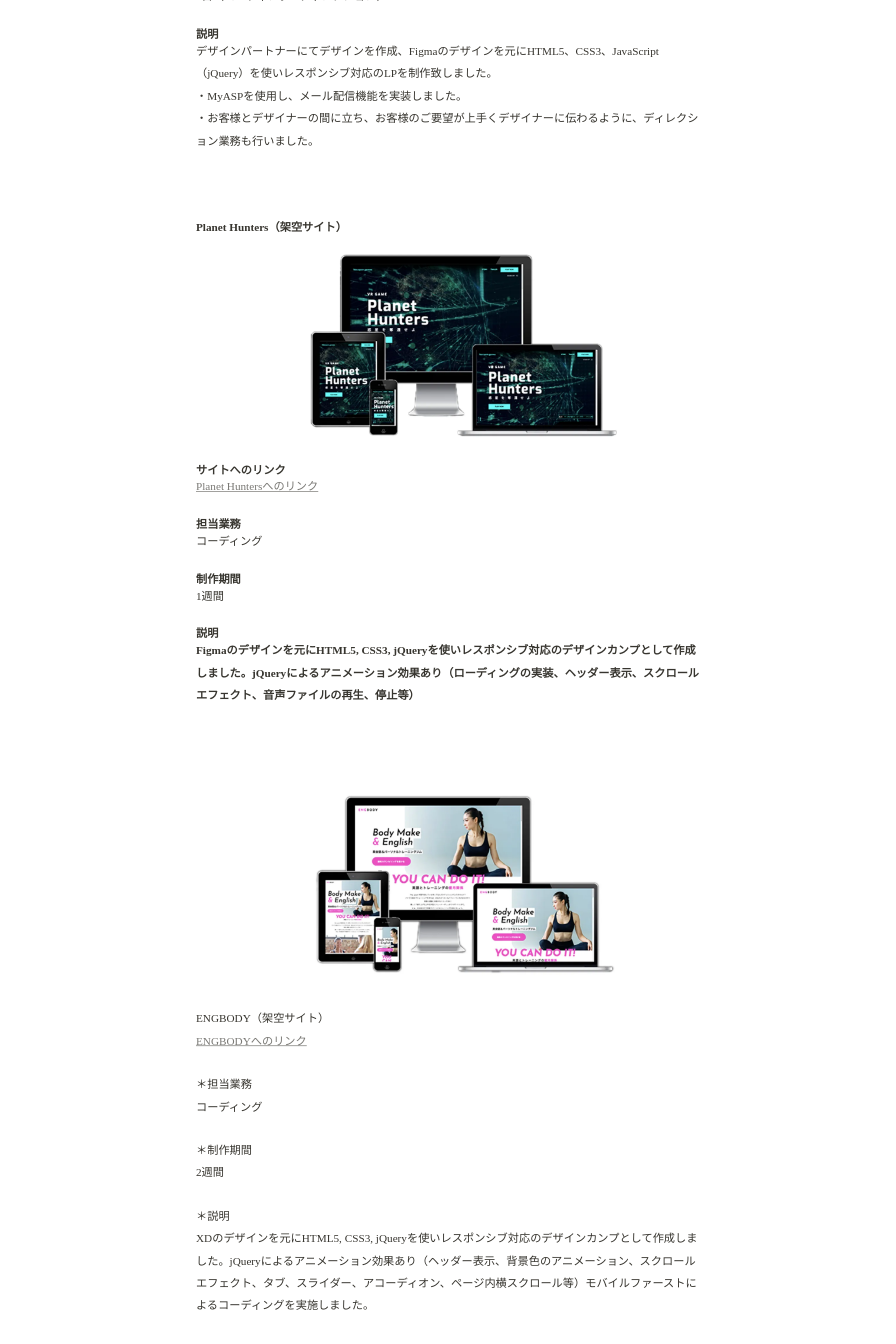
Repository: tetishi/my-portfolio
Page: index.html
An editor plug-in stored every save of this project. The page is shown before and after the next save, followed by the edit.
The browser window is 1280 px wide. The pictures show the part of the page from y = 3628 to 5548 px (the page is 11547 px tall), at 70% of full size.
The style sheet was rebuilt from its Sass, Less or Tailwind sources for each picture, by a compiler version that may differ from the author's.

Above is the page before, as saved 2024-05-19 15:51:19.

### index.html
<!DOCTYPE html>
<html lang="ja">

<head>
    <meta name="robots" content="noindex">
    <meta charset="UTF-8">
    <meta name="viewport" content="width=device-width, initial-scale=1.0">
    <meta http-equiv="X-UA-Compatible" content="ie=edge">
    <meta property="og:title" content="石田哲朗のポートフォリオ" />
    <meta property="og:type" content="website" />
    <meta property="og:url" content="http://tetsuroishida.com/" />
    <meta property="og:image" content="#" />
    <meta property="og:site_name" content="ポートフォリオ" />
    <meta property="og:description" content="石田哲朗のポートフォリオです。過去の作品、スキル、使用ツール、自己紹介を掲載しております。" />
    <title>石田哲朗のポートフォリオ</title>
    <link rel="stylesheet" href="reset.css">
    <link rel="stylesheet" href="style.css">
    <link rel="icon" href="img/favicon.ico">
</head>

<body>
    <header class="header">
        <div class="header-inner">
            <h1 class="logo">
                <a href="/">
                    <img class="logo_img" src="img/favicon.png" alt="">
                </a>
            </h1>
            <nav class="header-nav">
                <ul class="header-ul">
                    <li class="header-li">
                        <a href="#">過去の作品</a>
                    </li>
                    <li class="header-li">
                        <a href="#">スキル</a>
                    </li>
                    <li class="header-li">
                        <a href="#">使用ツール</a>
                    </li>
                    <li class="header-li">
                        <a href="#">私について</a>
                    </li>
                </ul>
            </nav>
            <button class="mobile-menu_btn">
                <span></span>
                <span></span>
                <span></span>
            </button>
            <div class="mobile-header">
                <nav class="mobile-header_nav">
                    <ul class="mobile-header_ul">
                        <li class="mobile-header_li">
                            <a href="#">過去の作品</a>
                        </li>
                        <li class="mobile-header_li">
                            <a href="#">スキル</a>
                        </li>
                        <li class="mobile-header_li">
                            <a href="#">使用ツール</a>
                        </li>
                        <li class="mobile-header_li">
                            <a href="#">私について</a>
                        </li>
                    </ul>
                </nav>
            </div>
        </div>
    </header>

    <main>

        <section>
            <!-- ここ記入 -->
            <h1>ポートフォリオ<br class="d-none">（石田 哲朗）</h1>
            <p>お忙しい中 ご覧頂きありがとうございます。</p>
            <p>以下、過去の作品でございます。</p>
            <!-- ここ記入 -->
            <!-- <p>ベーシック認証がかかっているものは<br>ID aaa<br>パスワード aaa<br> です。</p> -->
        </section>
        <section>

            <h2>過去の作品</h2>
            <h3 class="sub-tit">LP作成</h3>

            <!-- １作品目 -->
            <div class="work">
                <!-- ここ記入 -->
                <h3 class="work_tit">UNIVERSAL HOLDINGS様／山中湖オリオン</h3>

                <!-- サイトのイメージ写真を入れます -->
                <a class="work_img-link" target="_blank" href="https://orion.universalholdings.jp/">
                    <picture>
                        <source srcset="img/universal-holdings@2x.webp" type="image/webp">
                        <img src="img/universal-holdings@2x.png">
                    </picture>
                </a>
                <p>
                    UNIVERSAL HOLDINGS様の貸別荘ビジネス「山中湖オリオン」についてのLP（ランディングページ）を制作致しました。<br>
                    「山中湖オリオン」は優れた強固な構造が特徴で、長期の運用が可能なフィンランドログを使用した貸別荘です。<br>
                </p>
                <h3 class="details">サイトへのリンク</h3>
                <!-- ここ記入 -->
                <p class="work_link"><a target="_blank" rel="noopener noreferrer" href="https://orion.universalholdings.jp/">UNIVERSAL HOLDINGS様／山中湖オリオンのLPへのリンク</a></p>
                <p class="work_link"><a target="_blank" rel="noopener noreferrer" href="https://orion-salon.universalholdings.jp/">UNIVERSAL HOLDINGS様／山中湖オリオン ABテスト用LPへのリンク</a></p>

                <h3 class="details">担当業務</h3>
                <p>コーディング / WordPress</p>
                <h3 class="details">サイトの目的</h3>
                <p>共同事業パートナーの募集 / 事業の認知</p>
                <h3 class="details">制作期間</h3>
                <!-- ここ記入 -->
                <p>約5日（コーディング / WordPress）</p>
                <h3 class="details">説明</h3>
                <!-- ここ記入 -->
                <p>
                    UNIVERSAL HOLDINGS様の貸別荘ビジネス「山中湖オリオン」についてのLP（ランディングページ）を制作致しました。<br>
                    「山中湖オリオン」は優れた強固な構造が特徴で、長期の運用が可能なフィンランドログを使用した貸別荘です。<br>
                    デザインパートナーにてデザインを作成、Photoshopのデザインを元にHTML5, CSS3, JavaScript(jQuery)を使用しLPをコーディング、WordPress化致しました。<br>
                    ・ユーザーにとってクリックしやすくなるように、ボタンは光るようにコーディングしております。<br>
                    ・ABテスト用に一部異なるデザインのLPも制作致しました。
                </p>
            </div>


            <!-- 2作品目 -->
            <div class="work">
                <!-- ここ記入 -->
                <h3 class="work_tit">合同会社シュアーズ様／AIオートメーションシステムのLP</h3>

                <!-- サイトのイメージ写真を入れます -->
                <a class="work_img-link" target="_blank" href="https://sedori-go.com/automation-b/">
                    <picture>
                        <source srcset="img/automation-b@2x.webp" type="image/webp">
                        <img src="img/automation-b@2x.png">
                    </picture>
                </a>
                <!-- ここ記入 -->
                <p>
                    合同会社シュアーズ様のAIオートメーションシステムについてのLP（ランディングページ）を制作致しました。<br>
                    平凡なサラリーマンがネット販売で独立を叶え、起業初年度に「1億円」を叶えた特効薬（秘密）を初公開しております。
                </p>

                <h3 class="details">サイトへのリンク</h3>
                <p class="work_link"><a target="_blank" rel="noopener noreferrer" href="https://sedori-go.com/automation-b/">AIオートメーションシステムのLPへのリンク</a></p>

                <h3 class="details">担当業務</h3>
                <p>コーディング / ディレクション</p>

                <h3 class="details">サイトの目的</h3>
                <p>サービスの認知 / 新規クライアントの獲得</p>

                <h3 class="details">制作期間</h3>
                <!-- ここ記入 -->
                <p>5日（コーディング / ディレクション）</p>

                <h3 class="details">説明</h3>
                <!-- ここ記入 -->
                <p>デザインパートナーにてデザインを作成、Figmaのデザインを元にHTML5、CSS3、JavaScript（jQuery）を使いレスポンシブ対応のLPを制作致しました。<br>
                    ・MyASPを使用し、メール配信機能を実装しました。<br>
                    ・お客様とデザイナーの間に立ち、お客様のご要望が上手くデザイナーに伝わるように、ディレクション業務も行いました。
                </p>
            </div>

            <!-- 3作品目 -->
            <div class="work">
                <h3 class="work_tit">合同会社シュアーズ様／AIオートメーションのLP</h3>

                <!-- サイトのイメージ写真を入れます -->
                <a class="work_img-link" target="_blank" href="https://sedori-go.com/automationlp/">
                    <picture>
                        <source srcset="img/automation-a@2x.webp" type="image/webp">
                        <img src="img/automation-a@2x.png">
                    </picture>
                </a>
                <!-- ここ記入 -->
                <p>
                    合同会社シュアーズ様のAIオートメーションシステムについてのLP（ランディングページ）を制作致しました。<br>
                    自分でリサーチしない、勝手に利益商品をみつけてくれるAIオートメーションシステムです。
                </p>

                <h3 class="details">サイトへのリンク</h3>
                <p class="work_link"><a target="_blank" rel="noopener noreferrer" href="https://sedori-go.com/automationlp/">AIオートメーションのLPへのリンク</a></p>

                <h3 class="details">担当業務</h3>
                <p>コーディング / ディレクション</p>

                <h3 class="details">サイトの目的</h3>
                <p>サービスの認知 / 新規クライアントの獲得</p>

                <h3 class="details">制作期間</h3>
                <!-- ここ記入 -->
                <!-- <p>11日（6日デザイン、5日コーディング）</p> -->
                <p>5日（コーディング / ディレクション）</p>

                <h3 class="details">説明</h3>
                <!-- ここ記入 -->
                <p>デザインパートナーにてデザインを作成、Figmaのデザインを元にHTML5、CSS3、JavaScript（jQuery）を使いレスポンシブ対応のLPを制作致しました。<br>
                    ・MyASPを使用し、メール配信機能を実装しました。<br>
                    ・お客様とデザイナーの間に立ち、お客様のご要望が上手くデザイナーに伝わるように、ディレクション業務も行いました。
                </p>
            </div>

            <!-- 4作品目 -->
            <div class="work">
                <!-- ここ記入 -->
                <h3 class="work_tit">Planet Hunters（架空サイト）</h3>

                <!-- サイトのイメージ写真を入れます -->
                <a class="work_img-link" target="_blank" href="https://tetishi.github.io/planet-hunters/">
                    <picture>
                        <source srcset="img/planet-hunters@2x.webp" type="image/webp">
                        <img src="img/planet-hunters@2x.png">
                    </picture>
                </a>
                <!-- ここ記入 -->
                <h3 class="details">サイトへのリンク</h3>
                <p class="work_link"><a target="_blank" rel="noopener noreferrer" href="https://tetishi.github.io/planet-hunters/">Planet Huntersへのリンク</a></p>

                <h3 class="details">担当業務</h3>
                <p>コーディング</p>

                <h3 class="details">制作期間</h3>
                <!-- ここ記入 -->
                <p>1週間</p>

                <h3 class="details">説明</p>
                <!-- ここ記入 -->
                <p>Figmaのデザインを元にHTML5, CSS3, jQueryを使いレスポンシブ対応のデザインカンプとして作成しました。jQueryによるアニメーション効果あり（ローディングの実装、ヘッダー表示、スクロールエフェクト、音声ファイルの再生、停止等）</p>
            </div>

            <!-- 5作品目 -->
            <div class="work">
                <!-- サイトのイメージ写真を入れます -->
                <picture>
                    <source srcset="img/engbody@2x.webp" type="image/webp">
                    <img src="img/engbody@2x.png">
                </picture>
                <!-- ここ記入 -->
                <p class="work_tit">ENGBODY（架空サイト）</p>
                <!-- ここ記入 -->
                <p class="work_link"><a target="_blank" rel="noopener noreferrer" href="https://tetishi.github.io/engbody/">ENGBODYへのリンク</a></p>
                <p class="details">＊担当業務</p>
                <p>コーディング</p>
                <p class="details">＊制作期間</p>
                <!-- ここ記入 -->
                <p>2週間</p>
                <p class="details">＊説明</p>
                <!-- ここ記入 -->
                <p>XDのデザインを元にHTML5, CSS3, jQueryを使いレスポンシブ対応のデザインカンプとして作成しました。jQueryによるアニメーション効果あり（ヘッダー表示、背景色のアニメーション、スクロールエフェクト、タブ、スライダー、アコーディオン、ページ内横スクロール等）モバイルファーストによるコーディングを実施しました。</p>
            </div>

            <!-- 　6作品目 -->
            <div class="work">
                <!-- サイトのイメージ写真を入れます -->
                <picture>
                    <source srcset="img/cresta-design@2x.webp" type="image/webp">
                    <img src="img/cresta-design@2x.png">
                </picture>
                <!-- ここ記入 -->
                <p class="work_tit">Cresta Design（架空サイト）</p>
                <!-- ここ記入 -->
                <p class="work_link"><a target="_blank" rel="noopener noreferrer" href="https://tetishi.github.io/cresta-design/">Cresta Designへのリンク</a></p>
                <p class="details">＊担当業務</p>
                <p>コーディング</p>
                <p class="details">＊制作期間</p>
                <!-- ここ記入 -->
                <p>2週間</p>
                <p class="details">＊説明</p>
                <!-- ここ記入 -->
                <p>XDのデザインを元にHTML5, CSS3, jQueryを使いレスポンシブ対応のデザインカンプとして作成しました。jQueryによるアニメーション効果あり（ハンバーガーメニュー、ページ内スクロールボタン）</p>
            </div>

            <!-- 　7作品目 -->
            <div class="work">
                <!-- サイトのイメージ写真を入れます -->
                <picture>
                    <source srcset="img/wdc@2x.webp" type="image/webp">
                    <img src="img/wdc@2x.png">
                </picture>
                <!-- ここ記入 -->
                <p class="work_tit">WDC（架空サイト）</p>
                <!-- ここ記入 -->
                <p class="work_link"><a target="_blank" rel="noopener noreferrer" href="https://tetishi.github.io/wdc/">WDCへのリンク</a></p>
                <p class="details">＊担当業務</p>
                <p>コーディング</p>
                <p class="details">＊制作期間</p>
                <!-- ここ記入 -->
                <p>2週間</p>
                <p class="details">＊説明</p>
                <!-- ここ記入 -->
                <p>XDのデザインを元にHTML5, CSS3, jQueryを使いレスポンシブ対応のデザインカンプとして作成しました。jQueryによるアニメーション効果あり（ページ内スクロールボタン、トップに戻るボタン）</p>
            </div>

            <!-- 　8作品目 -->
            <div class="work">
                <!-- サイトのイメージ写真を入れます -->
                <picture>
                    <source srcset="img/munchkin@2x.webp" type="image/webp">
                    <img src="img/munchkin@2x.png">
                </picture>
                <!-- ここ記入 -->
                <p class="work_tit">MUNCHKIN（架空サイト）</p>
                <!-- ここ記入 -->
                <p class="work_link"><a target="_blank" rel="noopener noreferrer" href="https://tetishi.github.io/munchkin2/">MUNCHKINへのリンク</a></p>
                <p class="details">＊担当業務</p>
                <p>コーディング</p>
                <p class="details">＊制作期間</p>
                <!-- ここ記入 -->
                <p>1週間</p>
                <p class="details">＊説明</p>
                <!-- ここ記入 -->
                <p>XDのデザインを元にHTML5, CSS3, jQueryを使いレスポンシブ対応のデザインカンプとして作成しました。jQueryによるアニメーション効果あり（ハンバーガーメニュー、スクロールボタン）</p>
            </div>


            <h3 class="sub-tit">コーポレイトサイト作成</h3>
            <!-- 　1作品目 -->
            <div class="work">
                <!-- サイトのイメージ写真を入れます -->
                <picture>
                    <source srcset="img/pon-design@2x.webp" type="image/webp">
                    <img src="img/pon-design@2x.png">
                </picture>
                <!-- ここ記入 -->
                <p class="work_tit">PON DESIGN（架空サイト）</p>
                <!-- ここ記入 -->
                <p class="work_link"><a target="_blank" rel="noopener noreferrer" href="https://tetishi.github.io/pon-design/">PON DESIGNへのリンク</a></p>
                <p class="details">＊担当業務</p>
                <p>コーディング</p>
                <p class="details">＊制作期間</p>
                <!-- ここ記入 -->
                <p>約18日</p>
                <p class="details">＊説明</p>
                <!-- ここ記入 -->
                <p>XDのデザインを元にHTML5, CSS3, jQueryを使いレスポンシブ対応のデザインカンプとして作成しました。jQueryによるアニメーション効果あり（ハンバーガーメニュー、スライダー等）</p>
            </div>


            <!-- 　2作品目 -->
            <div class="work">
                <!-- サイトのイメージ写真を入れます -->
                <picture>
                    <source srcset="img/start@2x.webp" type="image/webp">
                    <img src="img/start@2x.png">
                </picture>
                <!-- ここ記入 -->
                <p class="work_tit">START（架空サイト）</p>
                <!-- ここ記入 -->
                <p class="work_link"><a target="_blank" rel="noopener noreferrer" href="https://tetishi.github.io/">STARTへのリンク</a></p>
                <p class="details">＊担当業務</p>
                <p>コーディング</p>
                <p class="details">＊制作期間</p>
                <!-- ここ記入 -->
                <p>1週間</p>
                <p class="details">＊説明</p>
                <!-- ここ記入 -->
                <p>XDのデザインを元にHTML5, CSS3, jQueryを使いレスポンシブ対応のデザインカンプとして作成しました。jQueryによるアニメーション効果あり（ハンバーガーメニュー）</p>
            </div>

            <!-- <div class="work"> -->
                <!-- サイトのイメージ写真を入れます -->
                <!-- <picture>
                    <source srcset="img/#" type="image/webp">
                    <img src="img/#">
                </picture> -->
                <!-- ここ記入 -->
                <!-- <p class="work_tit">ここに作品のタイトルを入れます</p> -->
                <!-- ここ記入 -->
                <!-- <p class="work_link"><a target="_blank" rel="noopener noreferrer" href="#">ここにリンクを入れます</a></p>
                <p class="details">＊担当業務</p>
                <p>コーディング</p>
                <p class="details">＊制作期間</p> -->
                <!-- ここ記入 -->
                <!-- <p>○週間</p>
                <p class="details">＊説明</p> -->
                <!-- ここ記入 -->
                <!-- <p>ここに説明文を入れます</p>
            </div> -->


        </section>
        <section>
            <h2>スキル</h2>
            <h3 class="info-tit">使用言語</h3>
            <p>HTML / CSS / Sass / Javascript / SEO / PHP</p>
            <h3 class="info-tit">フレ-ムワーク</h3>
            <p>jQuery / WordPress</p>
        </section>
        <section>
            <h2>使用ツール</h2>
            <h3 class="info-tit">エディター</h3>
            <p>Visual Studio Code</p>
            <h3 class="info-tit">テストサーバー</h3>
            <p>シン・クラウド for Free / エックスフリー</p>
            <h3 class="info-tit">バージョン管理ツール</h3>
            <p>GitHub</p>
            <h3 class="info-tit">連絡ツール</h3>
            <p>slack / Chatwork</p>
        </section>
        <section>
            <h2>私について</h2>
            <!-- 自分の写真を入れます -->
            <picture>
                <source srcset="img/myself.webp" type="image/webp">
                <img class="people" src="img/myself.jpeg">
            </picture>
            <!-- <img class="people" src="img/myself.jpeg"> -->
            <h3 class="info-tit">名前</h3>
            <!-- ここ記入 -->
            <p>石田 哲朗</p>
            <h3 class="info-tit">生年月日</h3>
            <!-- ここ記入 -->
            <p>1992年11月12日</p>
            <h3 class="info-tit">出身</h3>
            <!-- ここ記入 -->
            <p>奈良県</p>
            <h3 class="info-tit">経歴</h3>
            <!-- ここ記入 -->
            <ul class="carrier-list">
                <li class="carrier-item">
                    <p class="carrier-year">2015</p>
                    <p class="carrier-content">大阪の大学を経済学部で卒業</p>
                </li>
                <li class="carrier-item">
                    <p class="carrier-year">2015 - 2017</p>
                    <p class="carrier-content">アメリカ、ロサンゼルスの語学学校で英語を学ぶ</p>
                </li>
                <li class="carrier-item">
                    <p class="carrier-year">2017 - 2019</p>
                    <p class="carrier-content">カリフォルニア州オークランドにあるLaney Collegeにてコンピュータプログラミング専攻し卒業</p>
                </li>
                <li class="carrier-item">
                    <p class="carrier-year">2019</p>
                    <p class="carrier-content">フリーランスのWebエンジニアとして活動</p>
                </li>
                <li class="carrier-item">
                    <p class="carrier-year">2019 - 2020</p>
                    <p class="carrier-content">プログラミングスクールにてRuby on Ralisなどを学び実際に業務としてWeb開発を実施</p>
                </li>
                <li class="carrier-item">
                    <p class="carrier-year">2021 ~ 2023</p>
                    <p class="carrier-content">ネットワークエンジニアとして勤務</p>
                </li>
                <li class="carrier-item">
                    <p class="carrier-year">2022 ~ 現在</p>
                    <p class="carrier-content">フリーランスのWebエンジニアとして活動中</p>
                </li>
            </ul>
        </section>



    </main>

    <footer class="footer">
        <div class="footer-copyright">
            <p>
                © 2023 Tetsuro Ishida's portfolio All rights reserved
            </p>
        </div>
    </footer>

</body>

</html>

### reset.css
/*
html5doctor.com Reset Stylesheet
v1.6.1
Last Updated: 2010-09-17
Author: Richard Clark - http://richclarkdesign.com
Twitter: @rich_clark
*/

html,
body,
div,
span,
object,
iframe,
h1,
h2,
h3,
h4,
h5,
h6,
p,
blockquote,
pre,
abbr,
address,
cite,
code,
del,
dfn,
em,
img,
ins,
kbd,
q,
samp,
small,
strong,
sub,
sup,
var,
b,
i,
dl,
dt,
dd,
ol,
ul,
li,
fieldset,
form,
label,
legend,
table,
caption,
tbody,
tfoot,
thead,
tr,
th,
td,
article,
aside,
canvas,
details,
figcaption,
figure,
footer,
header,
hgroup,
menu,
nav,
section,
summary,
time,
mark,
audio,
video {
    margin: 0;
    padding: 0;
    border: 0;
    outline: 0;
    font-size: 100%;
    vertical-align: baseline;
    background: transparent;
}

body {
    line-height: 1;
}

article,
aside,
details,
figcaption,
figure,
footer,
header,
hgroup,
menu,
nav,
section {
    display: block;
}

nav ul {
    list-style: none;
}

blockquote,
q {
    quotes: none;
}

blockquote:before,
blockquote:after,
q:before,
q:after {
    content: '';
    content: none;
}

a {
    margin: 0;
    padding: 0;
    font-size: 100%;
    vertical-align: baseline;
    background: transparent;
}


/* change colours to suit your needs */

ins {
    background-color: #ff9;
    color: #000;
    text-decoration: none;
}


/* change colours to suit your needs */

mark {
    background-color: #ff9;
    color: #000;
    font-style: italic;
    font-weight: bold;
}

del {
    text-decoration: line-through;
}

abbr[title],
dfn[title] {
    border-bottom: 1px dotted;
    cursor: help;
}

table {
    border-collapse: collapse;
    border-spacing: 0;
}


/* change border colour to suit your needs */

hr {
    display: block;
    height: 1px;
    border: 0;
    border-top: 1px solid #cccccc;
    margin: 1em 0;
    padding: 0;
}

input,
select {
    vertical-align: middle;
}


/*end reset css*/

Loaded but not shown: style.scss (210 lines, source omitted)

After the next save:
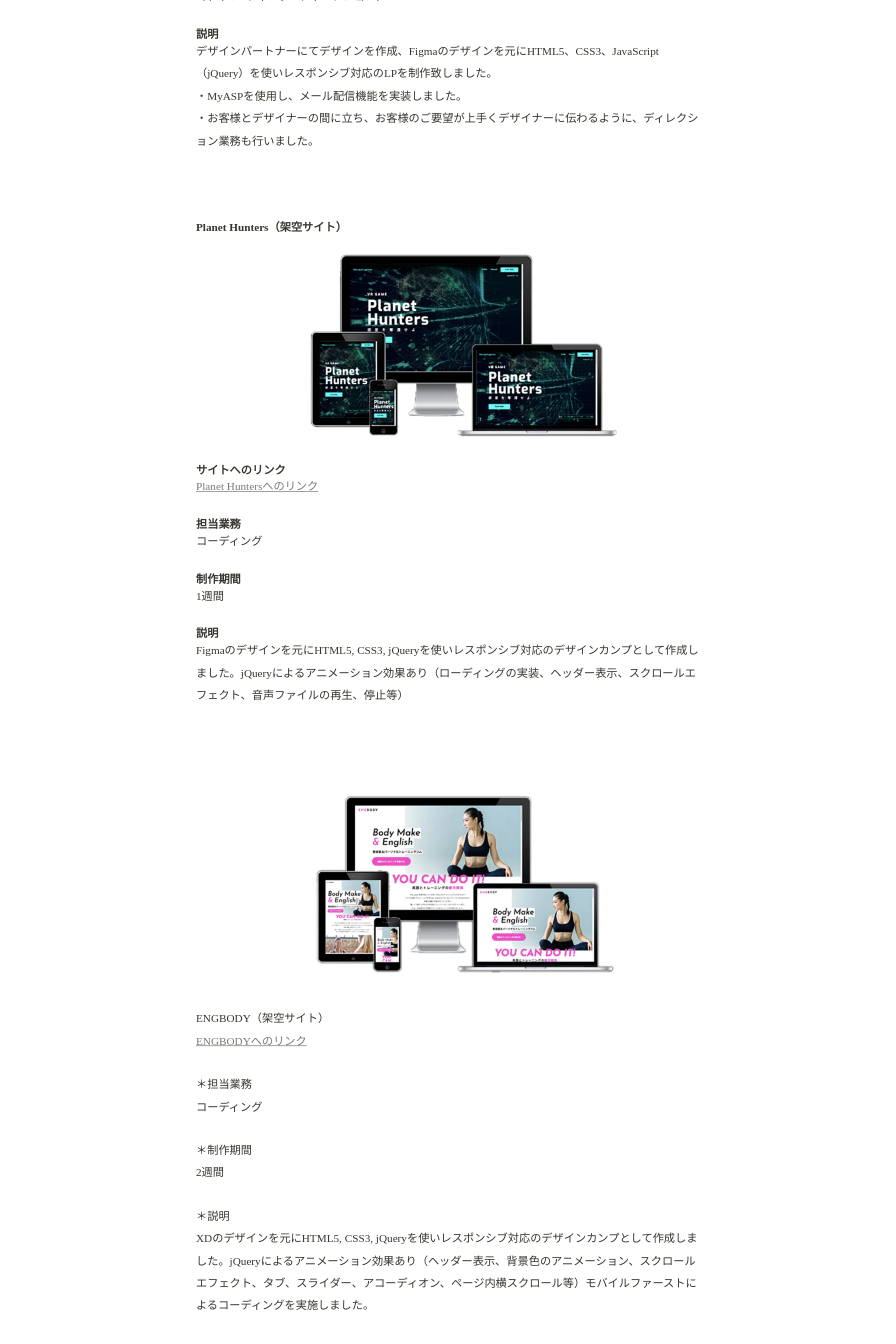
Saved 4 s later.
--- a/index.html
+++ b/index.html
@@ -224,7 +224,7 @@
                 <!-- ここ記入 -->
                 <p>1週間</p>
 
-                <h3 class="details">説明</p>
+                <h3 class="details">説明</h3>
                 <!-- ここ記入 -->
                 <p>Figmaのデザインを元にHTML5, CSS3, jQueryを使いレスポンシブ対応のデザインカンプとして作成しました。jQueryによるアニメーション効果あり（ローディングの実装、ヘッダー表示、スクロールエフェクト、音声ファイルの再生、停止等）</p>
             </div>
